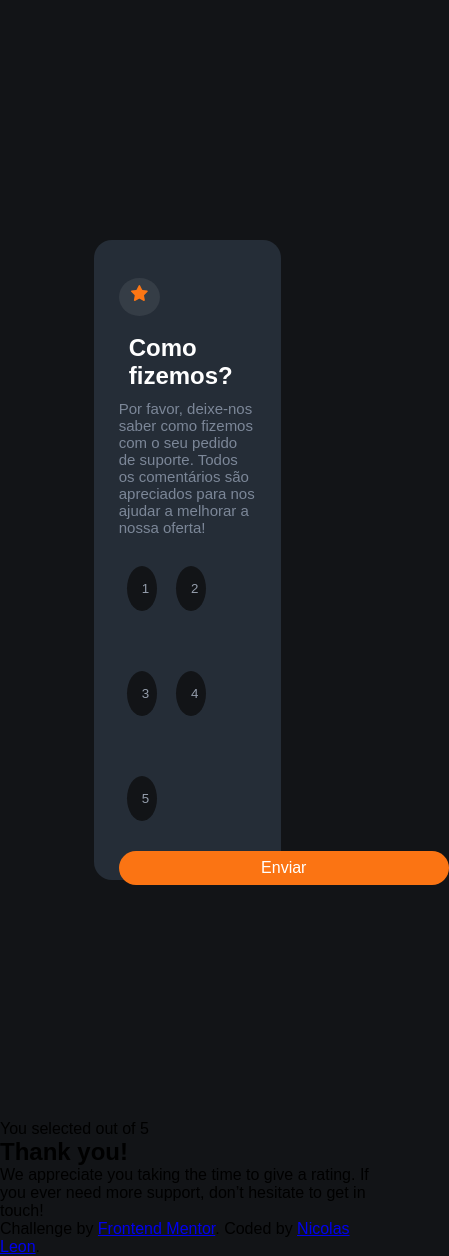
Repository: Leonngc/projeto-avaliacao
Page: index.html
These files come from the project's save history. The page is drawn as it stood at one moment and after a run of saves; the edit follows.
The browser window is 375 px wide. The page is 449 px wide, then 411 px, so the pictures cover 449 px, including what lies to the right of the window. The pictures show the whole page.

Above is the page before, as saved 2023-01-26 11:58:38.

After the next 4 saves:
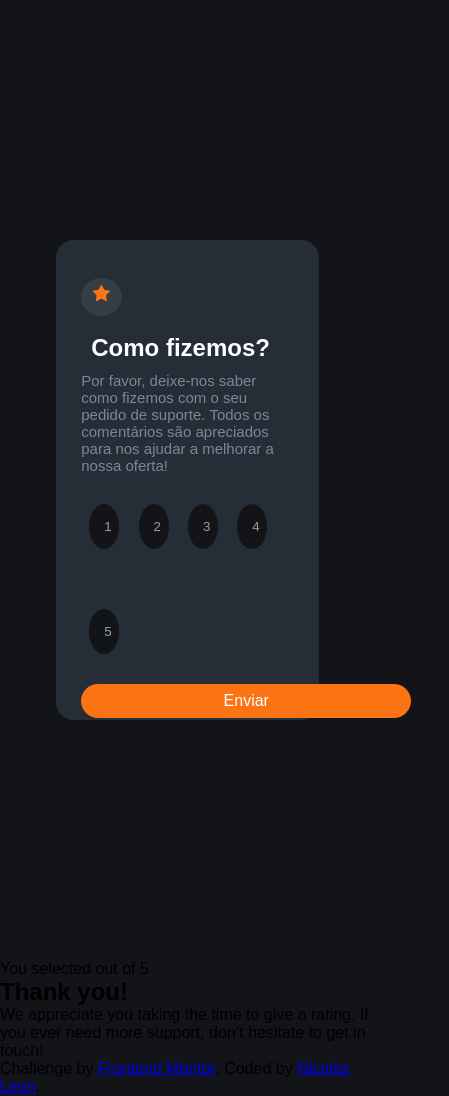
The 4 saves are shown as one change because they came seconds apart.
The last was saved 10 s later.
--- a/styles/style.css
+++ b/styles/style.css
@@ -86,8 +86,8 @@ span > img{
 
 @media screen and (max-width:600px){
     #avaliation-form{
-        width: 50vw;
-        height: 80vh;
+        width: 70vw;
+        height: 60vh;
         font-size: 12px;
     }
 }
